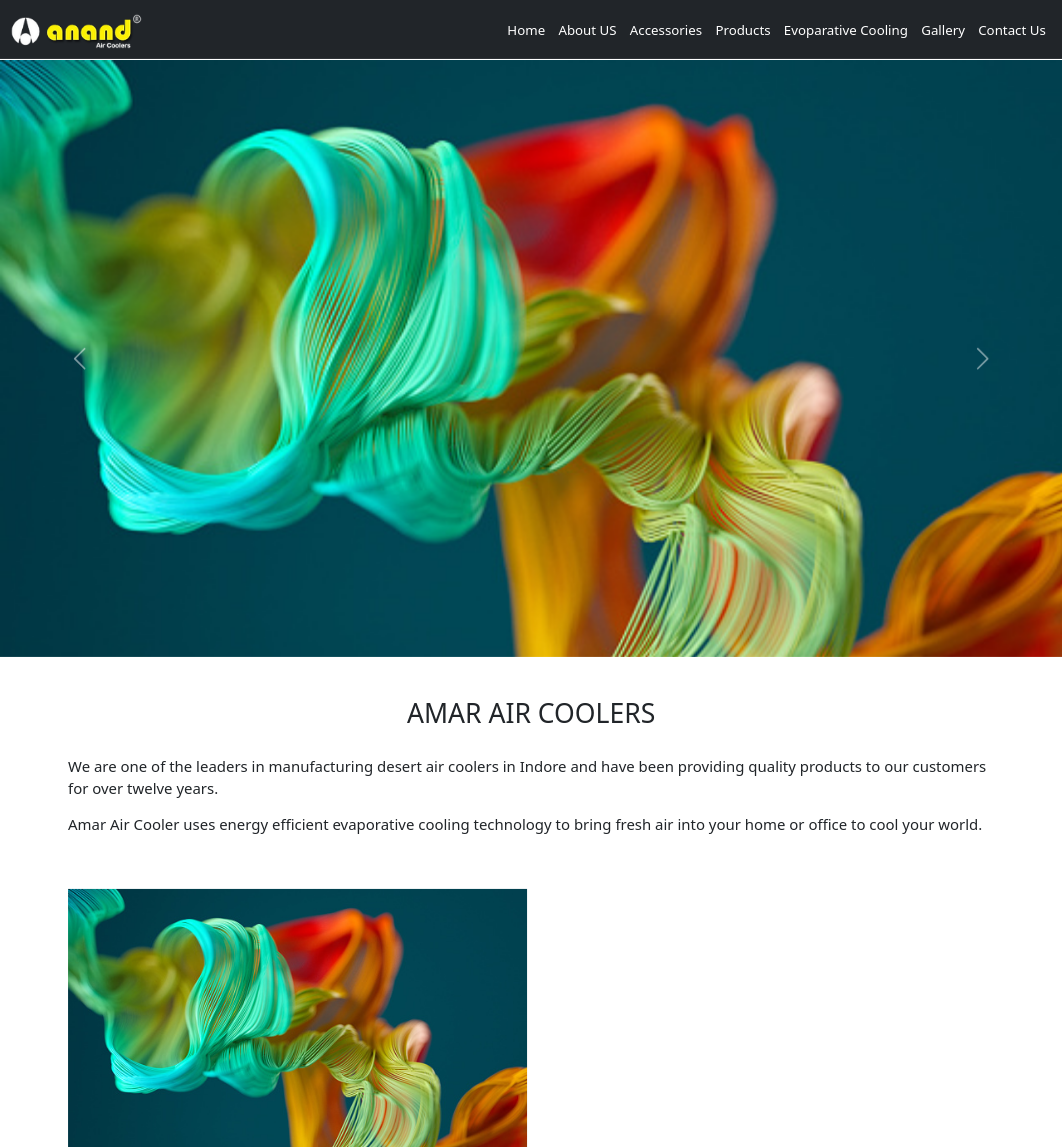
Repository: dhavalmaniyar/divakar
Page: http://localhost/
An editor plug-in stored every save of this project. The page is shown before and after the next save, followed by the edit.
The browser window is 1280 px wide. The pictures show the whole page, at 83% of full size.
The page is served by the project's application, run on Django 3.2 (divakar_app/manage.py).

Above is the page before, as saved 2021-12-08 11:23:24.

After the next save:
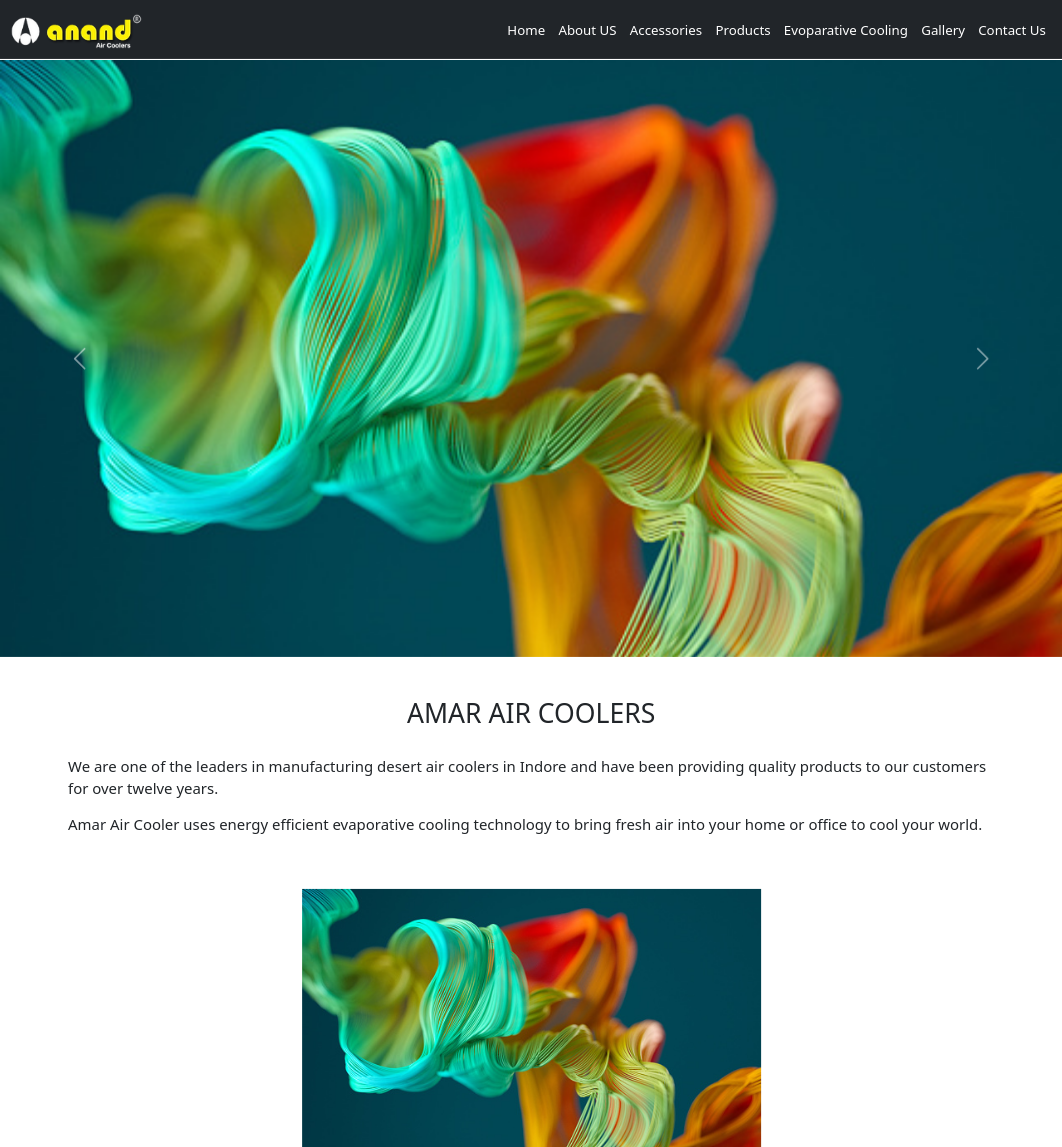
Saved 30 s later.
--- a/divakar_app/templates/index.html
+++ b/divakar_app/templates/index.html
@@ -37,7 +37,7 @@
     </p>
     <br><br>
     <div class="justify-content-center mx-auto">
-        <img src="{%static '/images/landingpage.jpg'%}" class="img-fluid mx-auto" alt="...">
+        <img src="{%static '/images/landingpage.jpg'%}" class="img-fluid d-block mx-auto" alt="...">
     </div>
 </div>
 {%endblock body%}
